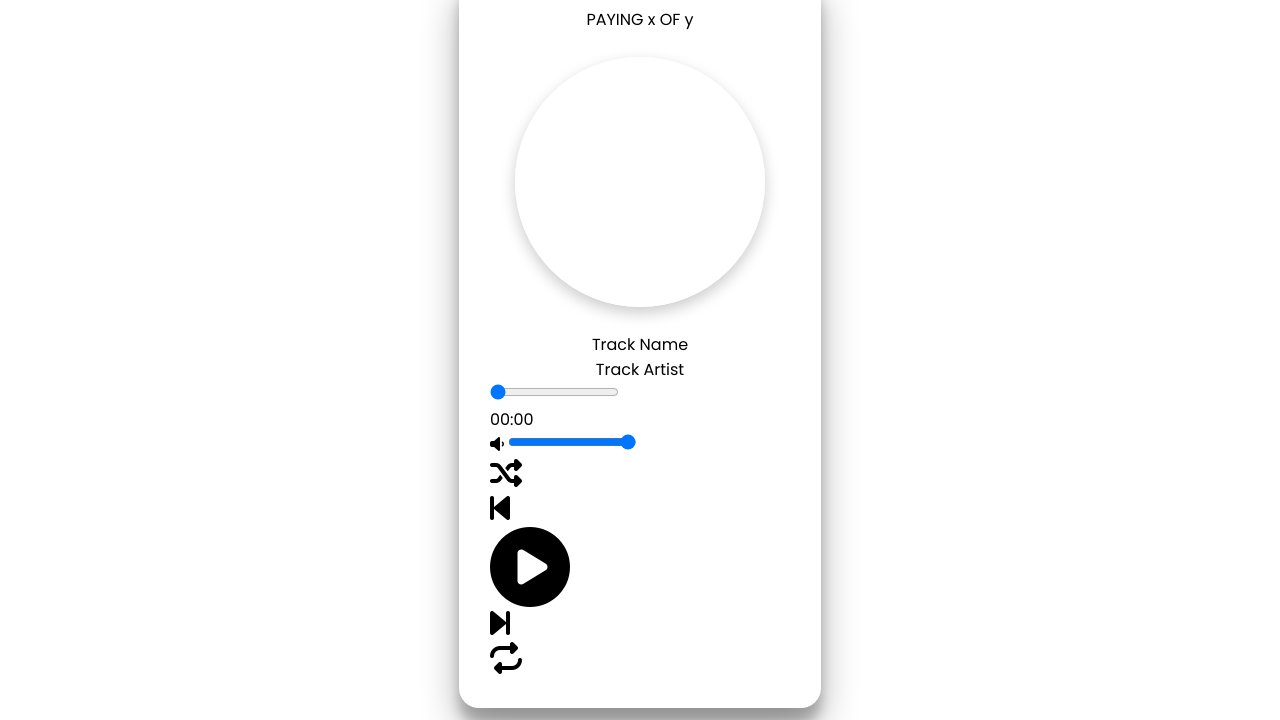
Repository: NguyenVietPhuQuy/Javascript-AudioPlayer
Page: index.html
An editor plug-in stored every save of this project. The page is shown before and after the next save, followed by the edit.
The browser window is 1280 px wide. The pictures show the whole page.

Above is the page before, as saved 2022-11-09 08:30:57.

### index.html
<!DOCTYPE html>
<html lang="en">
<head>
    <meta charset="UTF-8">
    <meta http-equiv="X-UA-Compatible" content="IE=edge">
    <meta name="viewport" content="width=device-width, initial-scale=1.0">
    <title>Music Player</title>
    <!--Font-Awesome-->
    <link rel="stylesheet" href="https://cdnjs.cloudflare.com/ajax/libs/font-awesome/6.2.0/css/all.min.css">
    <!--Css-->
    <link rel="stylesheet" href="index.css">
</head>
<body>
    <div class="player">
        <div class="wrapper">
            <div class="details">
                <div class="now-playing">PAYING x OF y</div>
                <div class="track-art"></div>
                <div class="track-name">Track Name</div>
                <div class="track-artist">Track Artist</div>
            </div>

            <div class="slider_container">
                <div class="current-time"></div>
                <input type="range" min="1" max="100" value="0"
                class="seek_slider" onchange="seekTo()">
                <div class="total-duration">00:00</div>
            </div>

            <div class="slider_container">
                <i class="fa fa-volume-down"></i>
                <input type="range" min="1" max="100" value="99"
                class="volume_slider" onchange="setVolume()">
            </div>

            <div class="buttons">
                <div class="random-track">
                    <i class="fas fa-random fa-2x" title="random"
                    onclick="randomTrack()"></i>
                </div>

                <div class="prev-track">
                    <i class="fas fa-step-backward fa-2x"
                    onclick="prevTrack()"></i>
                </div>

                <div class="playerpause-track">
                    <i class="fas fa-play-circle fa-5x"
                    onclick="playPauseTrack()"></i>
                </div>

                <div class="next-track">
                    <i class="fas fa-step-forward fa-2x"
                    onclick="nextTrack()"></i>
                </div>

                <div class="repeat-track">
                    <i class="fas fa-repeat fa-2x" title="repeat"
                    onclick="repeatTrack()"></i>
                </div>
            </div>

            <div id="wave">
                <span class="stroke"></span>
                <span class="stroke"></span>
                <span class="stroke"></span>
                <span class="stroke"></span>
                <span class="stroke"></span>
                <span class="stroke"></span>
                <span class="stroke"></span>
            </div>
        </div>
    </div>
    <!--Main-->
    <script src="index.js"></script>
</body>
</html>

### index.css
/*Font Google and base*/
@import url('https://fonts.googleapis.com/css2?family=Poppins&display=swap');
*{
    font-family: 'Poppins',sans-serif;
    box-sizing: border-box;
    margin: 0 auto;
}
img{
    width: 100%;
}
/*Main*/
.player{
    height: 95vh;
    display: flex;
    align-items: center;
    flex-direction: column;
    justify-content: center;
}
.wrapper{
    border: 1px solid transparent;
    padding: 30px;
    border-radius: 20px;
    box-shadow: rgba(0, 0, 0, 0.3) 0 19px 38px, rgba(0, 0, 0, 0.22) 0 15px 12px
}
.details{
    display: flex;
    align-items: center;
    flex-direction: column;
    justify-content: center;
}
.track-art{
    margin: 25px;
    height: 250px;
    width: 250px;
    border: 2px solid #fff;
    background-size: cover;
    background-position: center;
    box-shadow: 0px 6px 15px #ccc;
    border-radius: 190px;
}

Loaded but not shown: index.js (no copy from this time; the picture is the same without it)

After the next save:
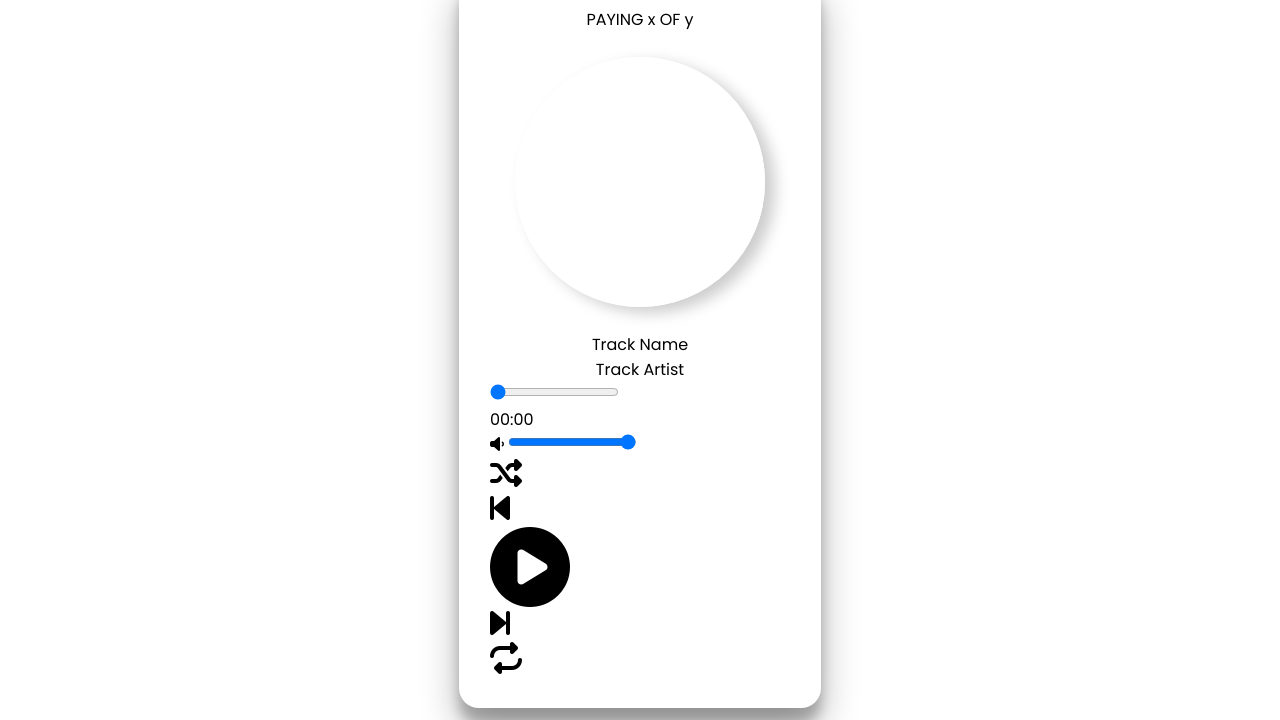
Saved 14 s later.
--- a/index.css
+++ b/index.css
@@ -35,6 +35,6 @@ img{
     border: 2px solid #fff;
     background-size: cover;
     background-position: center;
-    box-shadow: 0px 6px 15px #ccc;
+    box-shadow: 10px 6px 15px #ccc;
     border-radius: 190px;
 }
